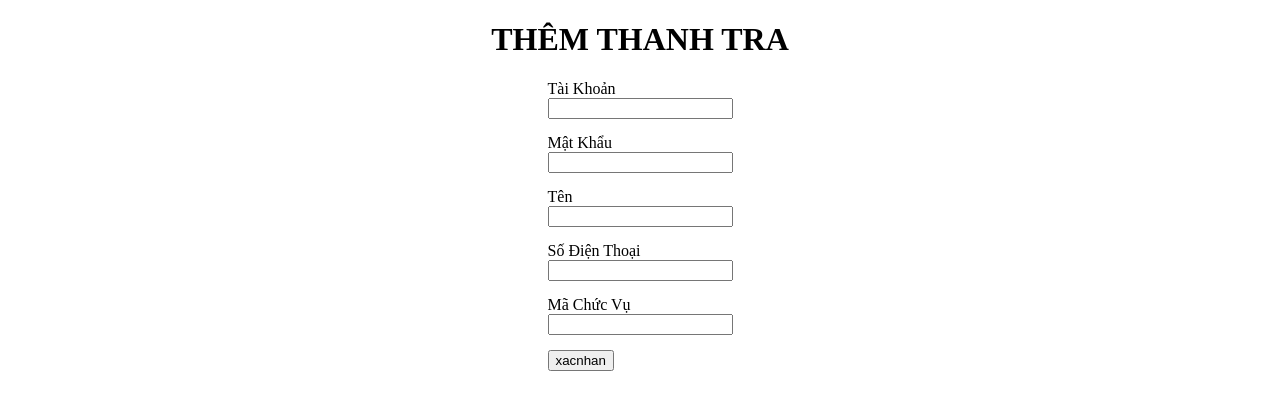
Repository: nguyenquan23/project-3
Page: http://localhost/laptrinhdoan/views/admin/add.jsp
The author's editor kept a copy of each file at every save. The page is drawn from the files as they stood at one save, then again after the next save.
The browser window is 1280 px wide. The pictures show the whole page.
The page is served by Tomcat 9. Nobody is signed in. The application's start-up code is not run. Other server files are loaded and not shown.

Above is the page before, as saved 2023-01-19 13:40:29.

### laptrinhdoan/src/main/webapp/views/admin/add.jsp
<%@ page language="java" contentType="text/html; charset=UTF-8" pageEncoding="UTF-8"%>
<!DOCTYPE html PUBLIC "-//W3C//DTD HTML 4.01 Transitional//EN" "http://www.w3.org/TR/html4/loose.dtd">
<html>
<head>
<meta http-equiv="Content-Type" content="text/html; charset=UTF-8">
<title>Trang chủ</title>
<style type="text/css">
.form-delete{
display:  flex;
justify-content: center;
flex-wrap: wrap;

}
.input{
margin-bottom: 15px;
}
.titile{
text-align:  center;
}
</style>
</head>
<body>
 <h1 class="titile">THÊM THANH TRA</h1>
 <div class ="form-delete">

<form action="DeleteStudentServlet" method="get">

<label>Tài Khoản</label>
 <div class="input">
 <input type="text" name="deleteId">
</div>
<label> Mật Khẩu</label>
 <div class="input">
<input type="text" name="deletehoten">
 </div>
 <label> Tên</label>
 <div class="input">
 <input type="text" name="deletehoten">
 </div>
 <label> Số Điện Thoại </label>
 <div class="input">
<input type="text" name="deletehoten">
 </div>
 <label> Mã Chức Vụ</label>
 <div class="input">
 <input type="text" name="deletehoten">
 </div>

  <div class="input">
 <input type="submit" value="xacnhan">
  </div>
 </form>
 </div>
</body>
</html>

After the next save:
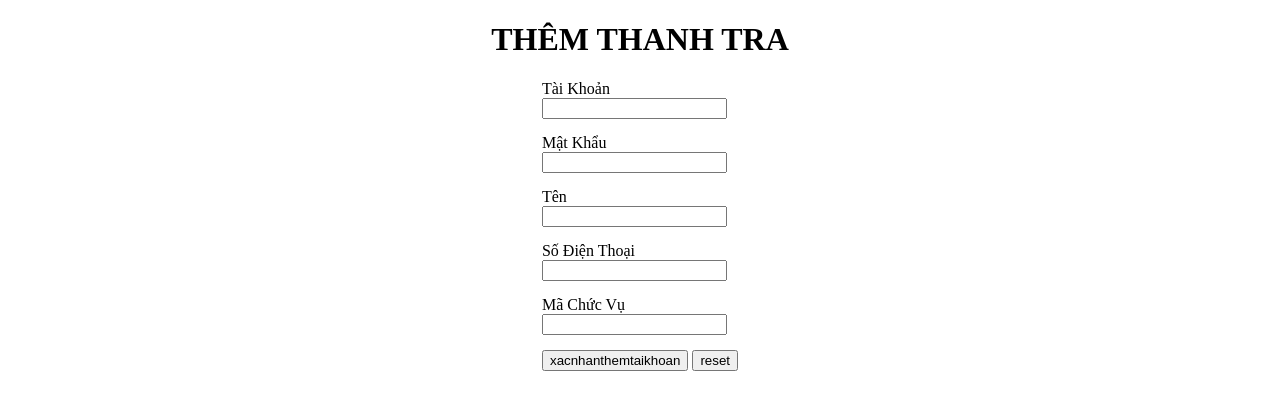
Saved 2 min 28 s later.
--- a/laptrinhdoan/src/main/webapp/views/admin/add.jsp
+++ b/laptrinhdoan/src/main/webapp/views/admin/add.jsp
@@ -47,7 +47,8 @@
  </div>
 
   <div class="input">
- <input type="submit" value="xacnhan">
+ <input type="submit" value="xacnhanthemtaikhoan">
+ <input type="reset" value="reset">
   </div>
  </form>
  </div>
